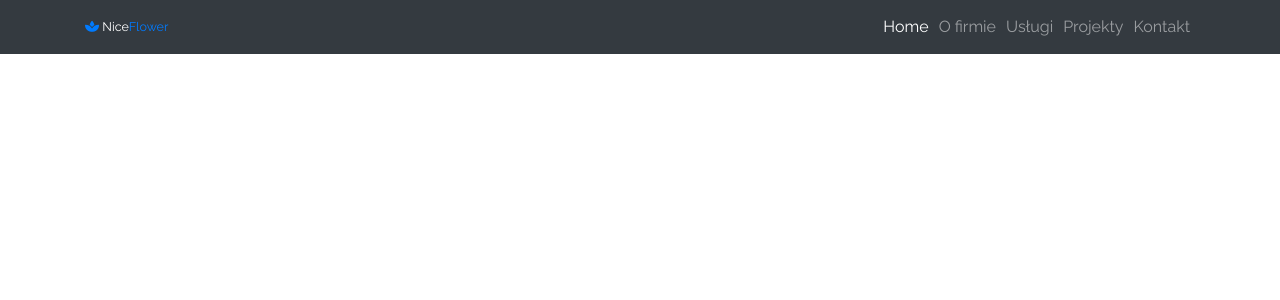
Repository: KrzysKolo/Projekt-13_Kwiaciarnia
Page: index.html
These files come from the project's save history. The page is drawn as it stood at one moment and after the next save; the edit follows.
The browser window is 1280 px wide. The pictures show the whole page.
Some web libraries are served in a nearby version.

Above is the page before, as saved 2020-08-07 13:01:07.

### index.html
<!DOCTYPE html>
<html lang="pl">
  <head>
    <meta charset="UTF-8" />
    <meta name="viewport" content="width=device-width, initial-scale=1.0" />
    <title>Nice-Flower</title>
    <script
      src="https://kit.fontawesome.com/21efeaf281.js"
      crossorigin="anonymous"
    ></script>

    <link
      rel="stylesheet"
      href="https://stackpath.bootstrapcdn.com/bootstrap/4.5.0/css/bootstrap.min.css"
      integrity="sha384-9aIt2nRpC12Uk9gS9baDl411NQApFmC26EwAOH8WgZl5MYYxFfc+NcPb1dKGj7Sk"
      crossorigin="anonymous"
    />
    <link
      href="https://fonts.googleapis.com/css2?family=Raleway:wght@400;700&display=swap"
      rel="stylesheet"
    />
    <link rel="stylesheet" href="style.css" />
  </head>
  <body>
    <nav class="navbar navbar-expand-lg navbar-dark bg-dark py-3">
      <div class="container">
        <a class="navbar-brand" href="#"
          ><i class="fas fa-spa text-primary"></i> Nice<span
            class="text-primary"
            >Flower</span
          ></a
        >
        <button
          class="navbar-toggler border-0"
          type="button"
          data-toggle="collapse"
          data-target="#navbarNavAltMarkup"
          aria-controls="navbarNavAltMarkup"
          aria-expanded="false"
          aria-label="Toggle navigation"
        >
          <i class="fas fa-bars px-4"></i>
        </button>
        <div class="collapse navbar-collapse" id="navbarNavAltMarkup">
          <div class="navbar-nav ml-auto">
            <a class="nav-link active" href="#"
              >Home <span class="sr-only">(current)</span></a
            >
            <a class="nav-link" href="abouteus.html">O firmie</a>
            <a class="nav-link" href="services.html">Usługi</a>
            <a class="nav-link" href="projects.html">Projekty</a>
            <a class="nav-link" href="contact.html">Kontakt</a>
          </div>
        </div>
      </div>
    </nav>

    <script
      src="https://code.jquery.com/jquery-3.5.1.slim.min.js"
      integrity="sha384-DfXdz2htPH0lsSSs5nCTpuj/zy4C+OGpamoFVy38MVBnE+IbbVYUew+OrCXaRkfj"
      crossorigin="anonymous"
    ></script>
    <script
      src="https://cdn.jsdelivr.net/npm/popper.js@1.16.0/dist/umd/popper.min.js"
      integrity="sha384-Q6E9RHvbIyZFJoft+2mJbHaEWldlvI9IOYy5n3zV9zzTtmI3UksdQRVvoxMfooAo"
      crossorigin="anonymous"
    ></script>
    <script
      src="https://stackpath.bootstrapcdn.com/bootstrap/4.5.0/js/bootstrap.min.js"
      integrity="sha384-OgVRvuATP1z7JjHLkuOU7Xw704+h835Lr+6QL9UvYjZE3Ipu6Tp75j7Bh/kR0JKI"
      crossorigin="anonymous"
    ></script>
  </body>
</html>

### style.css
* {
  box-sizing: border-box;
  margin: 0;
  padding: 0;
}
html {
  font-size: 62.5%;
}
body {
  font-family: "Raleway", sans-serif;
  font-size: 1.6rem;
}

/* ----------- */
/*  nawigacja  */
/* ----------- */

After the next save:
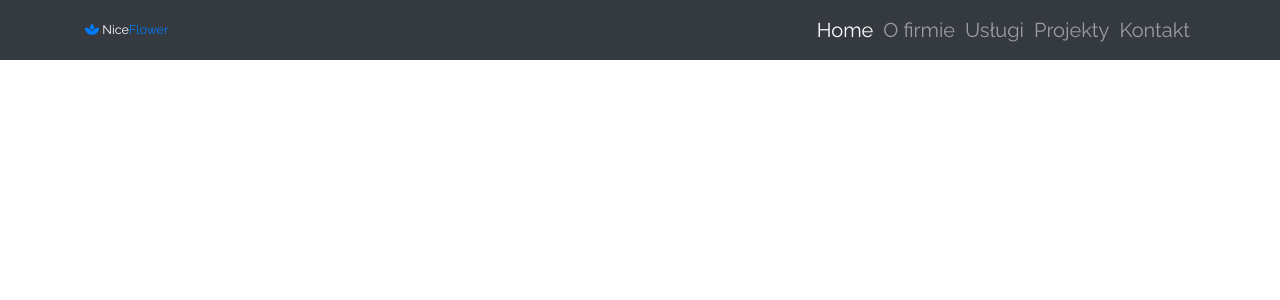
Saved 10 s later.
--- a/style.css
+++ b/style.css
@@ -14,3 +14,6 @@ body {
 /* ----------- */
 /*  nawigacja  */
 /* ----------- */
+nav {
+  font-size: 2rem;
+}
